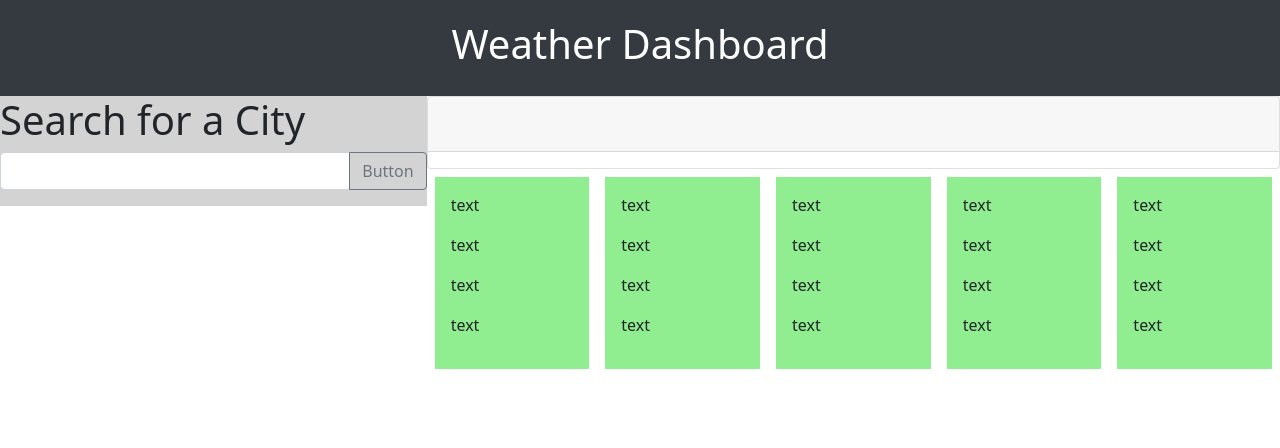
Repository: ziffoit/Weather_Dashboard
Page: index.html
An editor plug-in stored every save of this project. The page is shown before and after the next save, followed by the edit.
The browser window is 1280 px wide. The pictures show the whole page.

Above is the page before, as saved 2021-03-26 21:01:16.
Console error: SyntaxError: Unexpected identifier 'name'

After the next save:
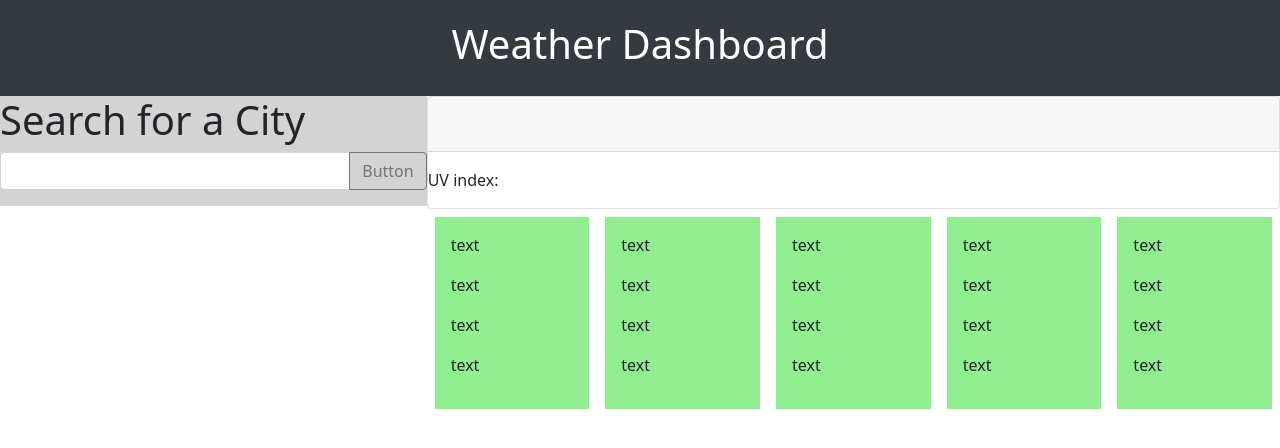
Saved 5 s later.
--- a/index.html
+++ b/index.html
@@ -35,7 +35,9 @@
           <p id="temp"></p>
           <p id="humidity"></p>
           <p id="windSpeed"></p>
-          <p id="uv"></p>
+          <p>UV index:
+            <p id="uv"></p>
+          </p>
         </div>
       </div>
       <section class="row-col-5 d-flex flex-row">
